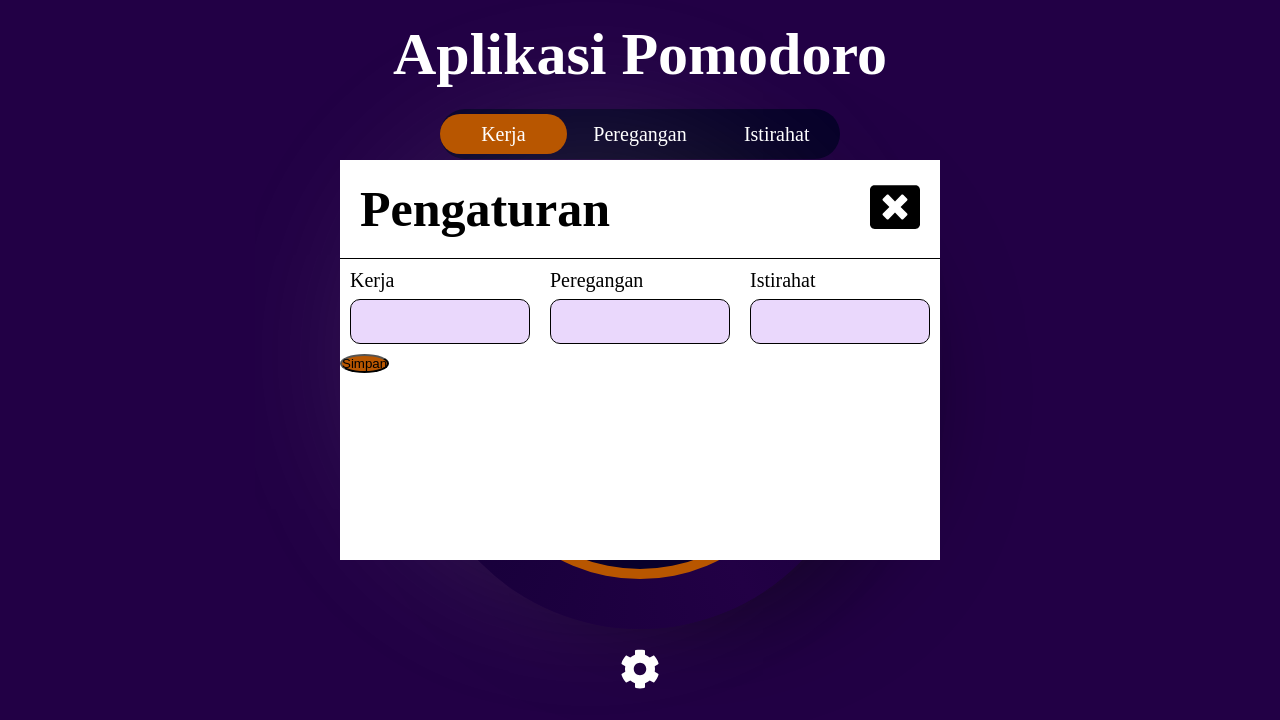
Repository: sellayspy/aplikasiPomodoro
Page: /, after clicking the first element matching `div.sc-gGKoUb`
The author's editor kept a copy of each file at every save. The page is drawn from the files as they stood at one save, then again after the next save.
The browser window is 1280 px wide. The pictures show the whole page.
The project was rebuilt for these pictures with package versions that can differ from the ones it lists, and the page was loaded fresh each time. Also part of the build but not shown: vite.config.js.

Above is the page before, as saved 2024-11-25 21:19:09.

After the next save:
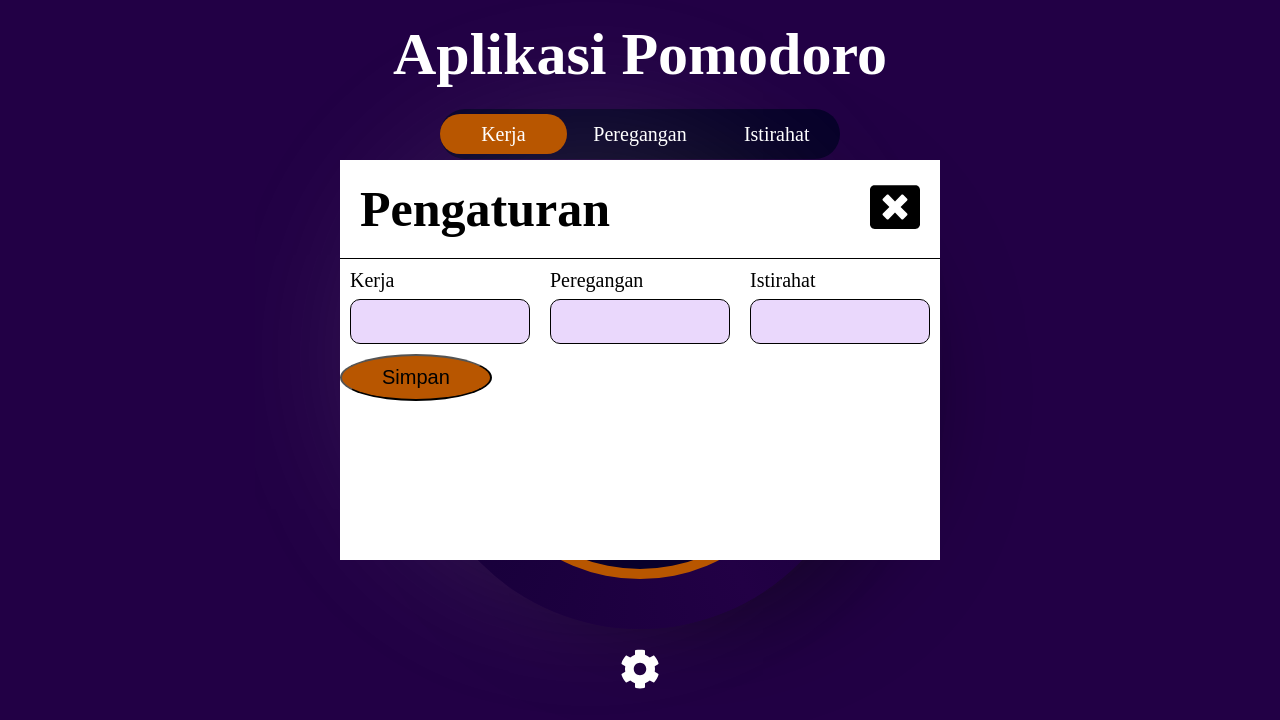
Saved 6 s later.
--- a/src/components/Settings/ModalContainer.jsx
+++ b/src/components/Settings/ModalContainer.jsx
@@ -49,10 +49,10 @@ const ModalContainer = ({ isOpen, onClose }) => {
 export default ModalContainer;
 
 const SimpanButton = styled.button`
-padding: 1rem 4rem
-font-size: 2rem;
-background: ${(props) => props.theme.colors.primary};
-border-radius: 50%;
+  padding: 1rem 4rem;
+  font-size: 2rem;
+  background: ${(props) => props.theme.colors.primary};
+  border-radius: 50%;
 `;
 
 const InputWrapper = styled.div`
